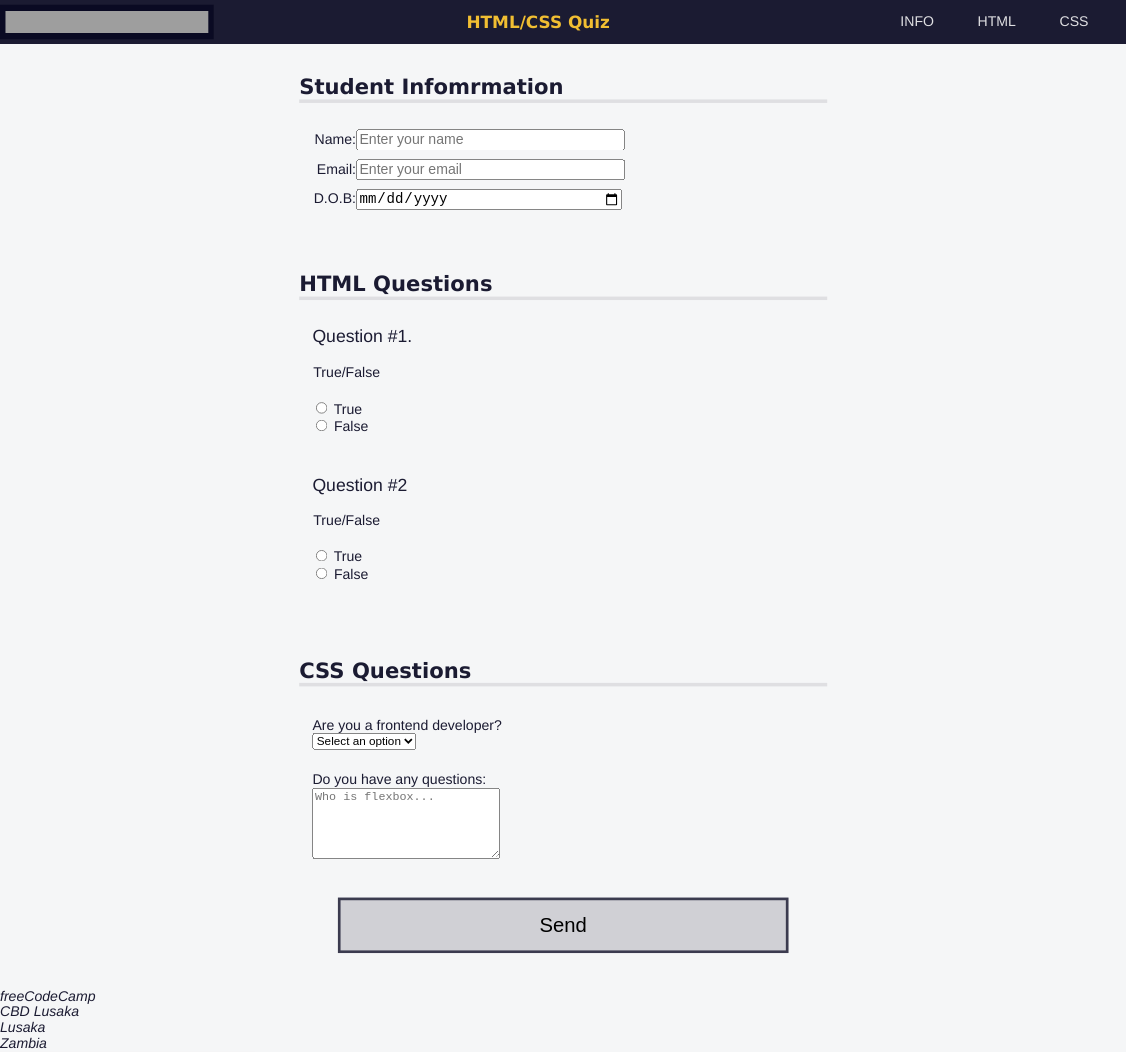
Repository: Lungdjos/accessibility_build_quiz
Page: index.html
The author's editor kept a copy of each file at every save. The page is drawn from the files as they stood at one save, then again after a run of saves.
The browser window is 1280 px wide. The pictures show the whole page, at 88% of full size.
Pictures or frames that could not be fetched are drawn as grey boxes.

Above is the page before, as saved 2023-10-30 09:54:31.

### index.html
<!DOCTYPE html>
<html lang="en">

<head>
    <meta charset="UTF-8">
    <meta name="viewport" content="width=device-width, initial-scale=1.0">
    <meta name="description" content="Accessibility">
    <title>HTML/CSS Test Quiz</title>
    <link rel="stylesheet" href="styles.css">
</head>

<body>
    <header>
        <img src="https://cdn.freecodecamp.org/platform/universal/fcc_primary.svg" alt="" id="logo">
        <h1>HTML/CSS Quiz</h1>
        <nav>
            <ul>
                <li>
                    <a href="#student-info">info</a></li>
                <li>
                    <a href="#html-questions">html</a></li>
                <li>
                    <a href="#css-questions">css</a></li>
            </ul>
        </nav>
    </header>
    <main>
        <form action="https://freecodecamp.org/practice-project/accessibility-quiz" method="post">
            <section role="region" aria-labelledby="student-info">
                <h2 id="student-info">Student Infomrmation</h2>
                <div class="info">
                    <label for="student-name">
                        Name:
                    </label><input type="text" name="name" id="student-name" placeholder="Enter your name">
                </div>
                <div class="info">
                    <label for="student-email">
                        Email:
                    </label><input type="email" name="email" id="student-email" placeholder="Enter your email">
                </div>
                <div class="info">
                    <label for="birth-date">
                        D.O.B:<span class="sr-only">(Date of Birth)</span>
                    </label><input type="date" name="dob" id="birth-date">
                </div>
            </section>

            <section role="region" aria-labelledby="html-questions">
                <h2 id="html-questions">HTML Questions</h2>
                <div class="question-block">
                    <p>1.</p>
                    <fieldset name="first-question" class="question">
                        <legend>True/False</legend>
                        <ul class="answers-list">
                            <li>
                                <label for="q1-a1">
                                    <input type="radio" value="true" name="q1-answ" id="q1-a1"> True
                                </label>
                            </li>
                            <li>
                                <label for="q1-a2">
                                    <input type="radio" value="false" name="q1-answ" id="q1-a2"> False
                                </label>
                            </li>
                        </ul>
                    </fieldset>
                </div>
                <div class="question-block">
                    <p>2</p>
                    <fieldset name="second-question" class="question">
                        <legend>True/False</legend>
                        <ul class="answers-list">
                            <li>
                                <label for="q2-a1">
                                    <input type="radio" value="true" name="q2-answ" id="q2-a1"> True
                                </label>
                            </li>
                            <li>
                                <label for="q2-a2">
                                    <input type="radio" value="false" name="q2-answ" id="q2-a2"> False
                                </label>
                            </li>
                        </ul>
                    </fieldset>
                </div>
            </section>

            <section role="region" aria-labelledby="css-questions">
                <h2 id="css-questions">CSS Questions</h2>
                <div class="formrow">
                    <div class="question-block">
                        <label for="customer">Are you a frontend developer?</label>
                    </div>
                    <div class="answer">
                        <select name="customer" id="customer" required>
                            <option value="">Select an option</option>
                            <option value="yes">Yes</option>
                            <option value="no">No</option>
                        </select>
                    </div>

                    <div class="question-block">
                        <label for="css-questions">Do you have any questions:</label>
                    </div>
                    <div class="answer">
                        <textarea name="css-questions" id="css-questions" rows="5" cols="24" placeholder="Who is flexbox..."></textarea>
                    </div>
                </div>
            </section>
            <button type="submit">Send</button>
        </form>
    </main>
    <footer>
        <address>
            freeCodeCamp<br/>
            CBD Lusaka<br/>
            Lusaka<br/>
            Zambia
        </address>
    </footer>
</body>

</html>

### styles.css
/*Content design */

body {
    background: #f5f6f7;
    color: #1b1b32;
    font-family: Helvetica;
    margin: 0;
}

h1 {
    color: #f1be32;
    font-size: min(5vw, 1.2em);
    text-align: center;
}

main {
    padding-top: 25px;
}

h1,
h2 {
    font-family: Verdana, Tahoma;
}

h2 {
    border-bottom: 4px solid #dfdfe2;
    margin-top: 0;
    padding-top: 60px;
}

.sr-only {
    position: absolute;
    width: 1px;
    height: 1px;
    padding: 0;
    margin: -1px;
    overflow: hidden;
    clip: rect(0, 0, 0, 0);
    white-space: nowrap;
    border: 0;
}

p::before {
    content: "Question #";
}

p {
    margin-top: 5px;
    padding-left: 15px;
    font-size: 20px;
}


/* Nav bar design */

header {
    width: 100%;
    height: 50px;
    background-color: #1b1b32;
    display: flex;
    justify-content: space-between;
    align-items: center;
    position: fixed;
    top: 0;
}

#logo {
    width: max(100px, 18vw);
    background-color: #0a0a23;
    aspect-ratio: 35 / 4;
    padding: 0.4rem;
}

nav {
    width: 50%;
    max-width: 300px;
    height: 50px;
}

nav>ul {
    display: flex;
    justify-content: space-evenly;
    text-transform: uppercase;
    align-items: center;
    padding-inline-start: 0;
    margin-block: 0;
    height: 100%;
    flex-wrap: wrap;
}

nav li {
    color: #dfdfe2;
    margin: 0 0.2rem;
    padding: 0.2rem;
    display: block;
}

li>a {
    color: inherit;
}

nav li>a {
    text-decoration: none;
}

nav li>a:hover {
    text-decoration: none;
    background-color: #dfdfe2;
    color: #1b1b32;
    cursor: pointer;
}


/* Form design */

section {
    width: 80%;
    max-width: 600px;
    margin: 0 auto 10px auto;
}

.question {
    /* border-radius: 5px; */
    border: none;
    padding-bottom: 0;
}

.info {
    padding: 10px 0 0 5px;
}

.info input {
    width: 50%;
    text-align: left;
}

.info label {
    width: 10%;
    min-width: 55px;
}

.info input,
.info label {
    display: inline-block;
}

label {
    text-align: right;
}

.formrow {
    margin-top: 30px;
    padding: 0px 15px;
}

input {
    font-size: 16px;
}

.question-block {
    text-align: left;
    display: block;
    width: 100%;
    margin-top: 20px;
    padding-top: 5px;
}

.answers-list {
    list-style: none;
    padding: 0;
}

button {
    display: block;
    margin: 40px auto;
    width: 40%;
    padding: 15px;
    font-size: 23px;
    background: #d0d0d5;
    border: 3px solid #3b3b4f;
}

button:hover {
    background: #3b3b4f;
    color: #d0d0d5;
    border-radius: 3px;
}


/* Footer design */

footer {
    background-color: #;
}

After the next 2 saves:
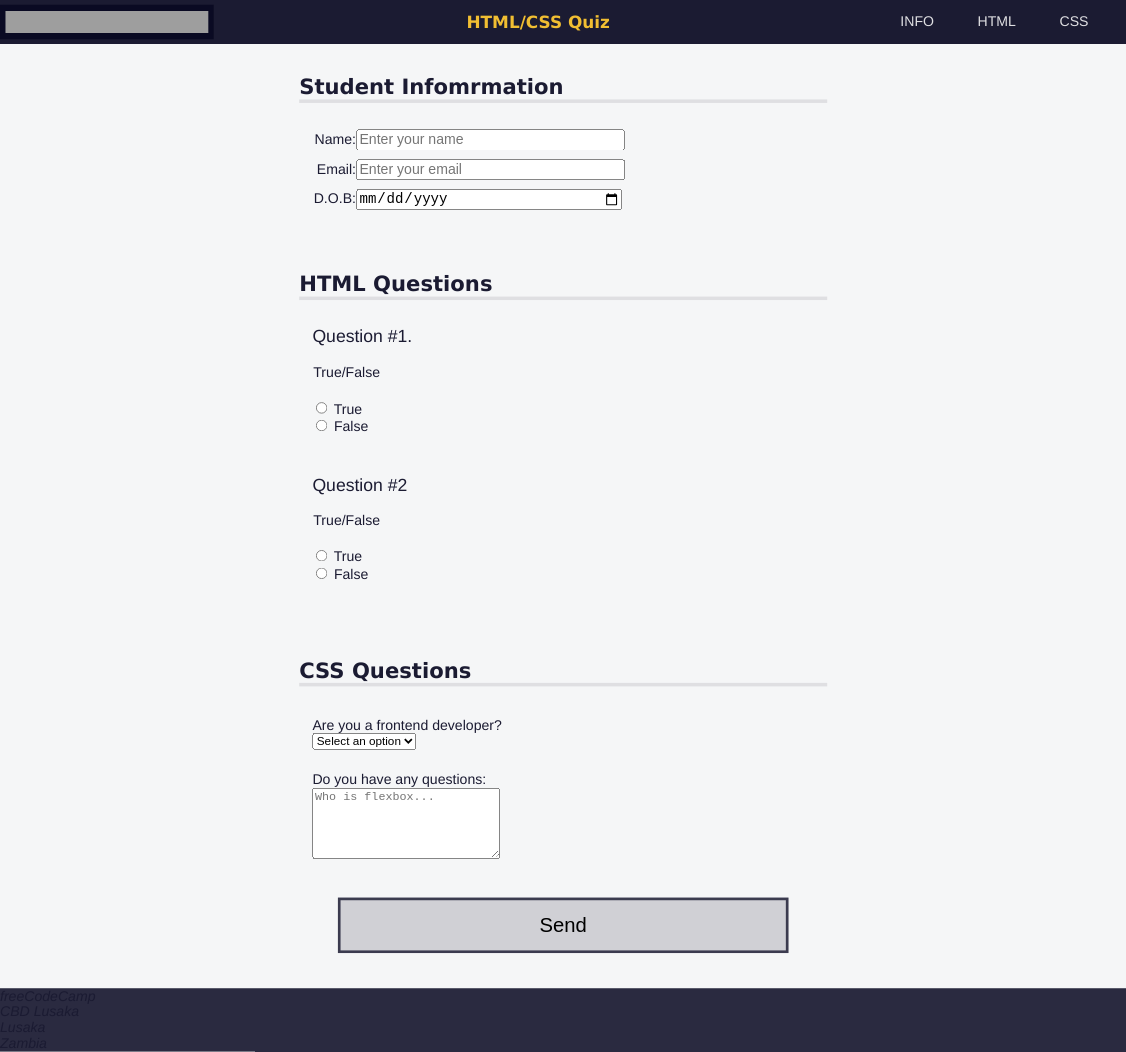
The 2 saves are shown as one change because they came seconds apart.
The last was saved 5 s later.
--- a/styles.css
+++ b/styles.css
@@ -190,5 +190,5 @@ button:hover {
 /* Footer design */
 
 footer {
-    background-color: #;
+    background-color: #2a2a40;
 }
